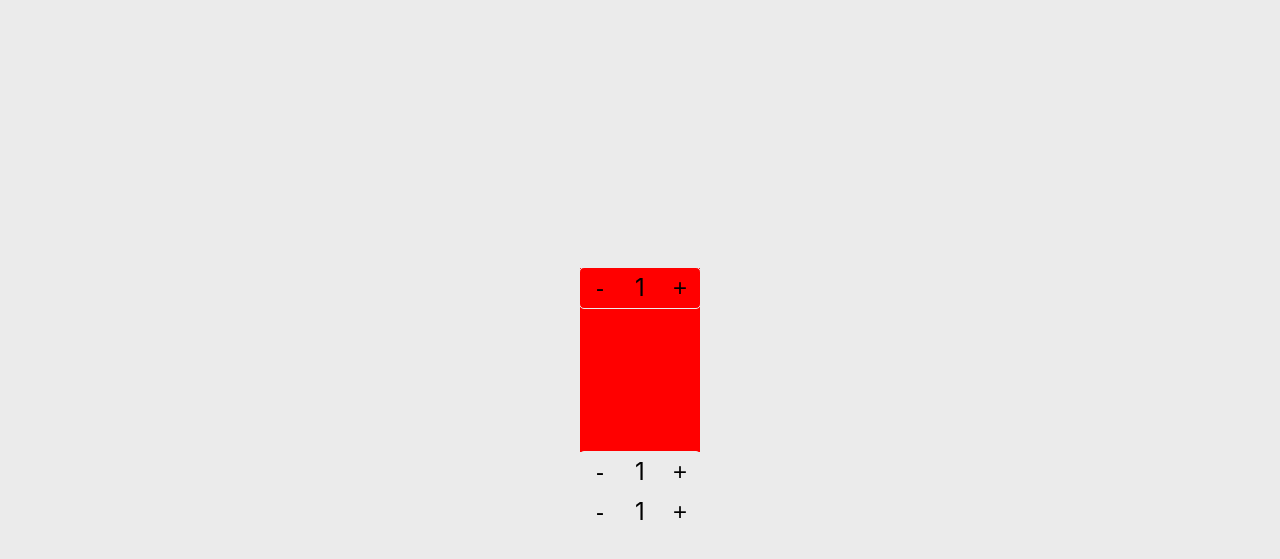
Repository: max535/test-task-netrika
Page: /
These files come from the project's save history. The page is drawn as it stood at one moment and after the next save; the edit follows.
The browser window is 1280 px wide. The pictures show the whole page.
The project was rebuilt for these pictures with package versions that can differ from the ones it lists, and the page was loaded fresh each time.

Above is the page before, as saved 2021-10-16 09:40:33.

### public/index.html
<!DOCTYPE html>
<html lang="en">
  <head>
    <meta charset="utf-8" />
    <meta name="viewport" content="width=device-width, initial-scale=1" />
    <title>Тестовые задания</title>
  </head>
  <body>
    <div id="root"></div>
  </body>
</html>

### src/App.js
import React from 'react';
import Counter from './Counter/Counter';
import './App.css';

function App() {
  return (
    <div className="app">
      <div className="frame">
        <div style={{background: "red"}}><Counter /></div>
        <Counter className="Blue" />
        <Counter className="Lime" />
      </div>
    </div>
  );
}

export default App;

### src/Counter/Counter.js
import React, { useState } from 'react';
import "./Counter.css";

const Counter = () => {
    const [count, setCount] = useState(1);

    const handleIncrement = () => {
        setCount(count + 1);
    }

    const handleDecrement = () => {
        if (count === 0) {
            return;
        } else {
            setCount(count - 1);
        }
    }

    return (

        <div className="frame">
             <div className="counter">
                <button className={count > 0 ? "decrement" : "disabled"} onClick={handleDecrement}>-</button>
                <span className="count">{count}</span>
                <button className="increment" onClick={handleIncrement}>+</button>
            </div>
        </div>
    );
}

export default Counter;

### src/App.css
.app {
  position: fixed;
  top: 0;
  left: 0;
  width: 100%;
  height: 100%;
  display: flex;
  flex-direction: column;
  justify-content: center;
  align-items: center;
  background-color: #EBEBEB;
}

### src/Counter/Counter.css
.frame {
    display: flex;
    flex-direction: column;
    justify-content: space-between;
    align-items: center;
    width: 120px;
    height: 184px;
}

.counter {
    display: flex;
    flex-direction: row;
    justify-content: space-between;
    width: 120px;
    height: 40px;
    outline: 1px solid #EBEBEB;
    border-radius: 4px;
}


.disabled {
    background-color: #F8F8F8;
    cursor: not-allowed;
    width: 40px;
    height: 40px;
    border: none;
    font-size: 24px;
}


.decrement, .increment {
    width: 40px;
    height: 40px;
    border: none;
    background-color: inherit;
    font-size: 24px;
}

.increment:hover, .decrement:hover {
    background-color: #F7F7F7;
    transition: ease-in-out .2s;
    cursor: pointer;
}

.increment:active, .decrement:active {
    background-color: #DCDCDC;
}

.count {
    width: 40px;
    height: 40px;
    font-size: 24px;
    text-align: center;
    margin-top: 5px;
}

Loaded but not shown: src/index.js (common file); src/index.css (common file)

After the next save:
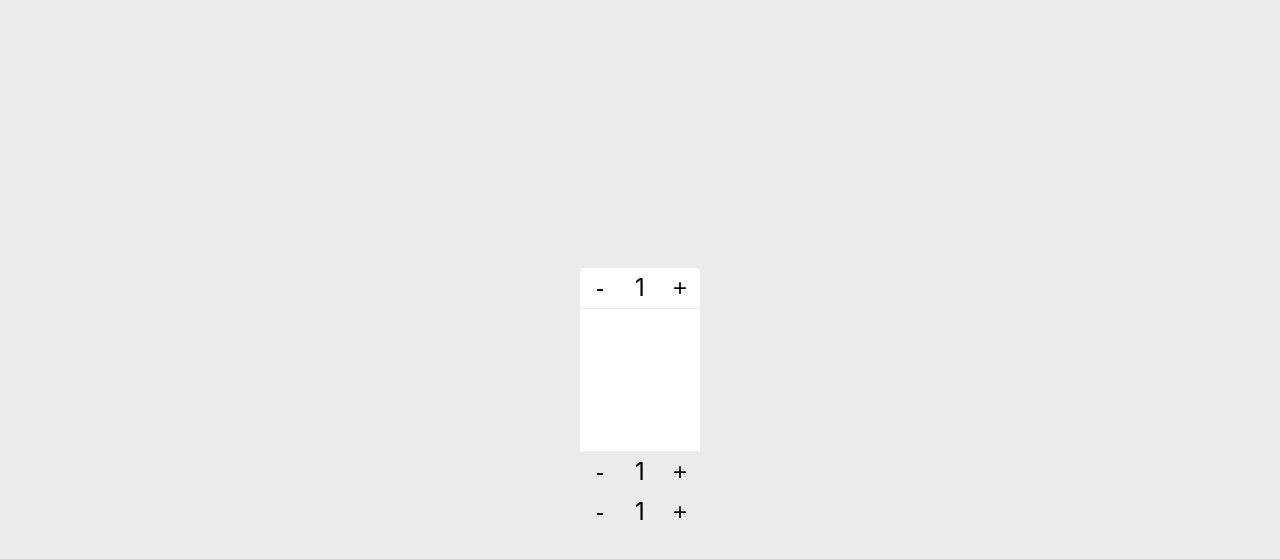
Saved 49 s later.
--- a/src/App.js
+++ b/src/App.js
@@ -6,7 +6,7 @@ function App() {
   return (
     <div className="app">
       <div className="frame">
-        <div style={{background: "red"}}><Counter /></div>
+        <div style={{background: "#FFF"}}><Counter /></div>
         <Counter className="Blue" />
         <Counter className="Lime" />
       </div>
